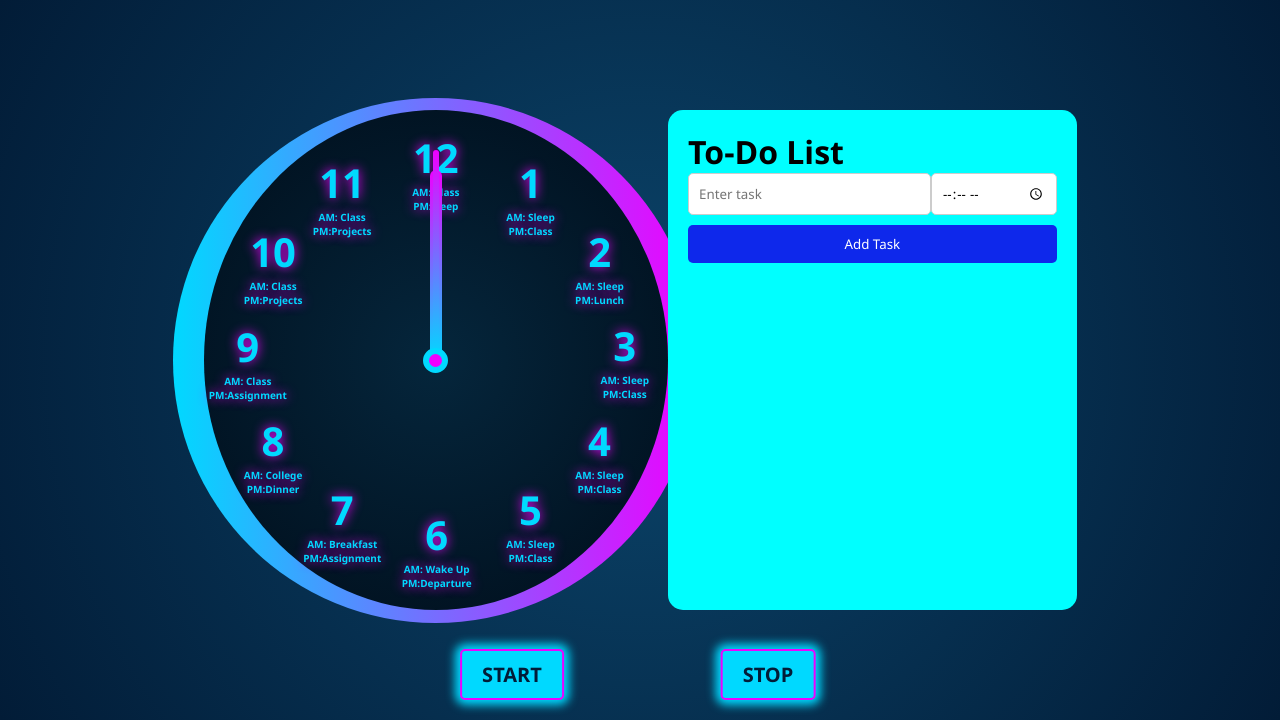
Repository: Suryansh-D/Cool-Clock
Page: index.html
These files come from the project's save history. The page is drawn as it stood at one moment and after the next save; the edit follows.
The browser window is 1280 px wide. The pictures show the whole page.

Above is the page before, as saved 2024-01-30 18:28:25.

After the next save:
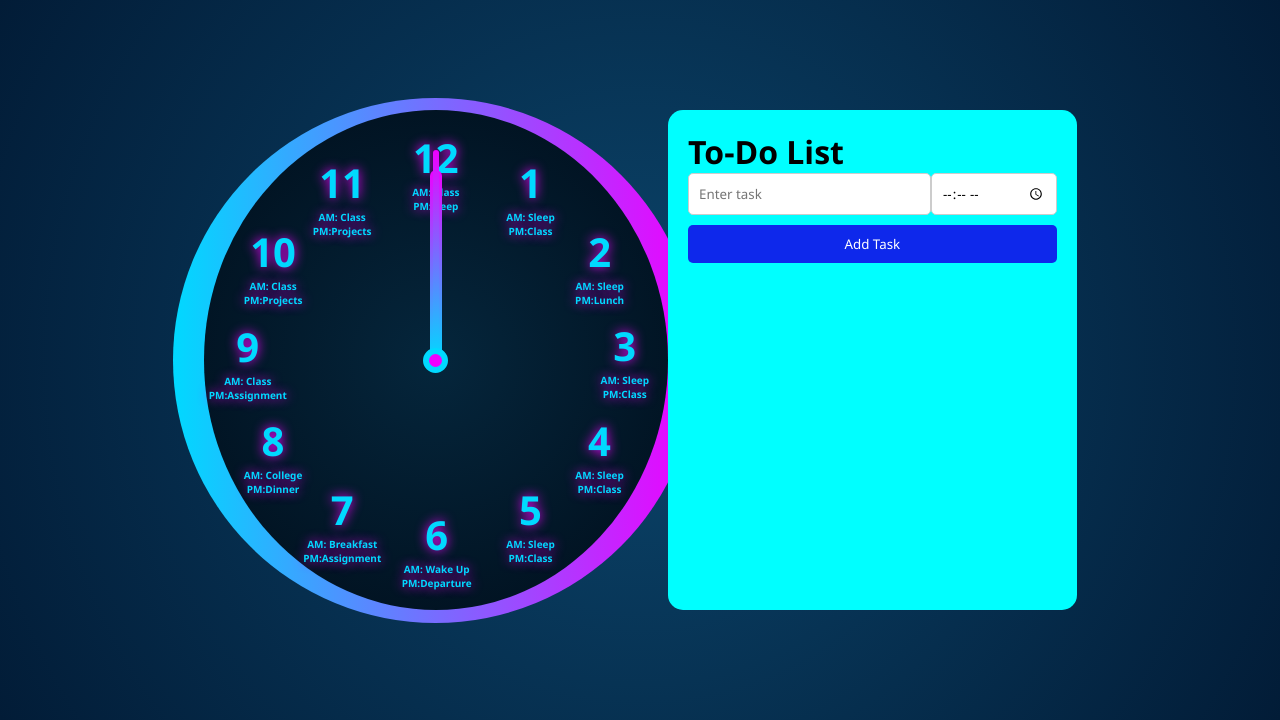
Console error: TypeError: Cannot read properties of null (reading 'addEventListener')
Saved 26 s later.
--- a/index.html
+++ b/index.html
@@ -35,8 +35,7 @@
         </ul>
         </div>
         </div>
-    <button class="start-btn" id="start-btn"><b>START</b></button>
-    <button class="stop-btn" id="stop-btn"><b>STOP</b></button>
+
       </div><script src="script.js"></script>
 </body>
 </html>

After the save that followed:
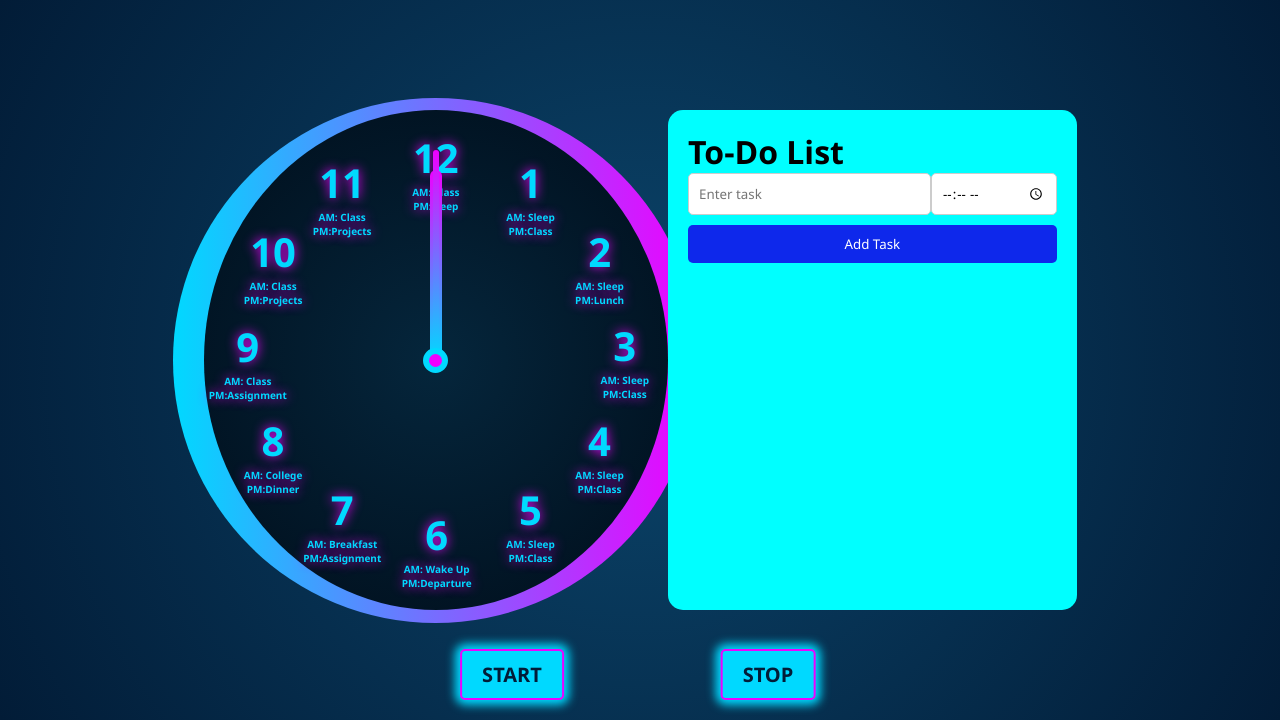
The error is gone.
Saved 10 s later.
--- a/index.html
+++ b/index.html
@@ -24,7 +24,8 @@
         <div class="second-hand" id="second-hand"></div>
         <div class="center-dot"></div>
     </div>
-
+    <button class="start-btn" id="start-btn"><b>START</b></button>
+    <button class="stop-btn" id="stop-btn"><b>STOP</b></button>
     <div class="container">
         <h1>To-Do List</h1>
         <div class="entry">
